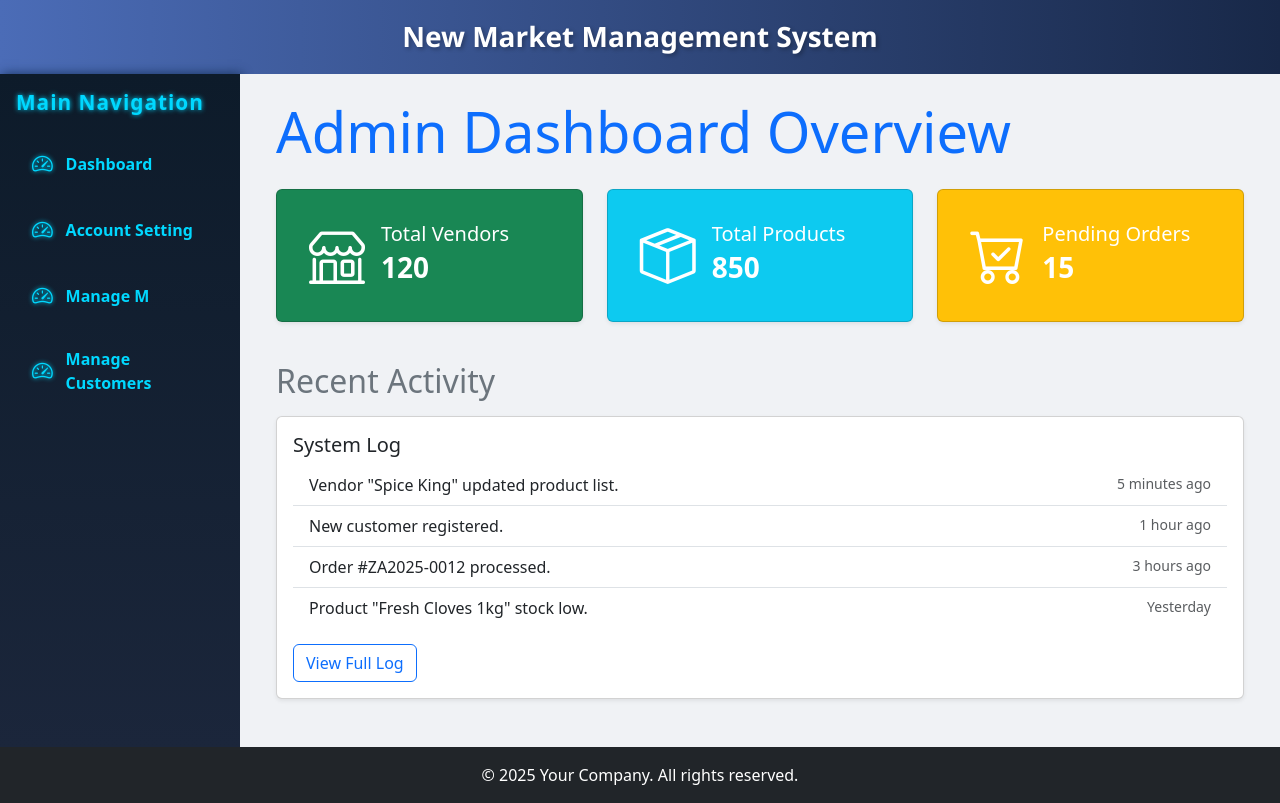
Repository: AbdulqadirSaid/react-market-front-end
Page: /admin-dash
The author's editor kept a copy of each file at every save. The page is drawn from the files as they stood at one save, then again after a run of saves.
The browser window is 1280 px wide. The pictures show the whole page.
The project was rebuilt for these pictures with package versions that can differ from the ones it lists, and the page was loaded fresh each time. Also part of the build but not shown: src/index.css, src/LoginForm.js, src/App.css, src/admin/AccountSetting.js, src/admin/ManageCustomers.js, src/owner/OwnerDashboard.js, src/customer/CustomerDashboard.js, src/customer/BrowseMarket.js and 4 more.

Above is the page before, as saved 2025-06-03 00:18:55.

After the next 2 saves:
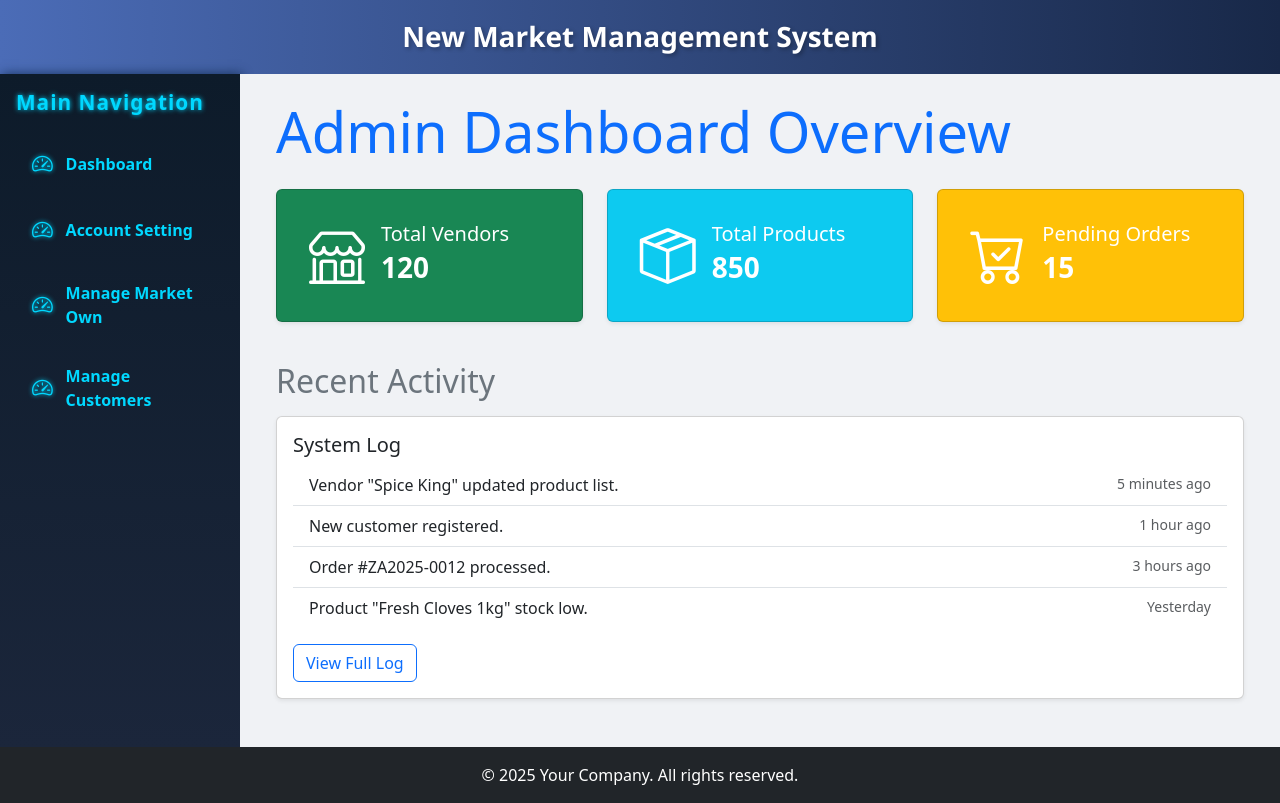
The 2 saves are shown as one change because they came seconds apart.
The last was saved 7 s later.
--- a/src/components/Links.js
+++ b/src/components/Links.js
@@ -3,7 +3,7 @@ const links = {
     Admin:[
         { label: 'Dashboard', path: '/admin-dash', icon: 'dashboard' },
         { label: 'Account Setting', path: '/account-setting', icon: 'dashboard' },
-        { label: 'Manage M', path: '/manage-account', icon: 'dashboard' },
+        { label: 'Manage Market Own', path: '/manage-account', icon: 'dashboard' },
         { label: 'Manage Customers', path: '/manage-customer', icon: 'dashboard' }
 
     ],
